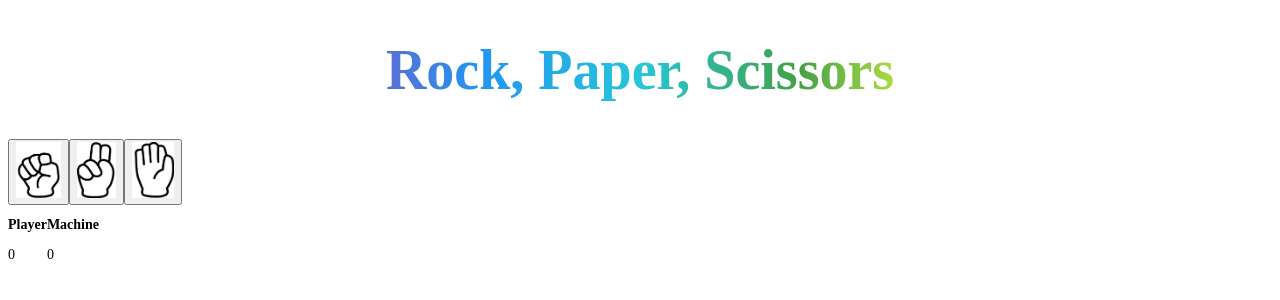
Repository: dung8466/RPS
Page: index.html
These files come from the project's save history. The page is drawn as it stood at one moment and after the next save; the edit follows.
The browser window is 1280 px wide. The pictures show the whole page.

Above is the page before, as saved 2022-07-01 19:22:09.

### index.html
<!DOCTYPE html>
<html lang="en">
<head>
    <meta charset="UTF-8">
    <meta http-equiv="X-UA-Compatible" content="IE=edge">
    <meta name="viewport" content="width=device-width, initial-scale=1.0">
    <title>Fun Game</title>
    <link rel="stylesheet" href="style.css">
    <script src="script.js"></script>
</head>
<body>
    <h1 class="header">
        Rock, Paper, Scissors
    </h1>
    <div class="board flex-box">
        <div class="player flex-box">
            <button class="rock">
                <img src="src/rock.jpg" alt="">
            </button>
            <button class="scissor">
                <img src="src/scissor.jpg" alt="">
            </button>
            <button class="paper">
                <img src="src/paper.jpg" alt="">
            </button>
        </div>
        <div class="machine">
            <img src="" alt="" id="machine-choice">
        </div>
    </div>
    <div class="score flex-box">
        <div class="player-score">
            <h2>Player</h2>
            <p>0</p>
        </div>
        <div class="machine-score">
            <h2>Machine</h2>
            <p>0</p>
        </div>
    </div>
</body>
</html>

### style.css
*{
    font-family: 'Times New Roman', Times, serif;
    font-size: 14px;
}

.flex-box{
    display: flex;
    align-items:
    justify-content: space-evenly;
    align-content: space-between;
}

img{
    max-width: 100%;
    max-height: 100%;
}
.header{
    font-size: 4em;
    font-weight: bold;
    background: linear-gradient(to right, #ef5350, #f48fb1, #7e57c2, #2196f3, #26c6da, #43a047, #eeff41, #f9a825, #ff5722);
    -webkit-background-clip: text;
    -webkit-text-fill-color: transparent;
    text-align: center;
}

.player button img{
    height: 4em;
    width: auto;
    background-color: aliceblue;

}

Loaded but not shown: script.js (no copy from this time; the picture is the same without it)

After the next save:
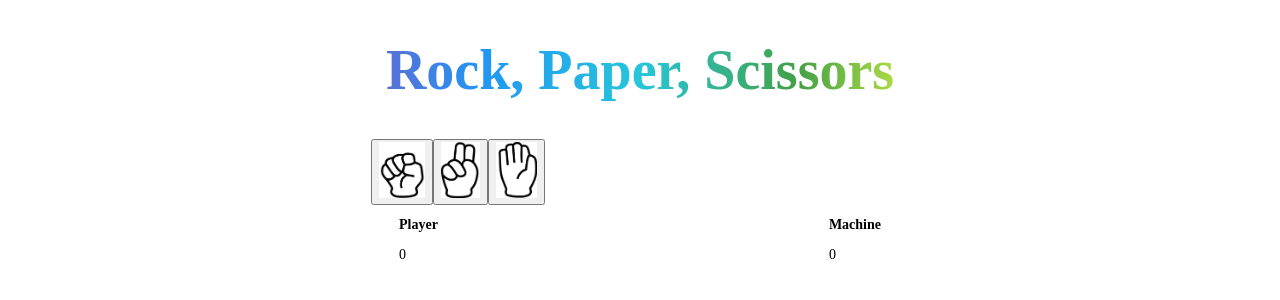
Saved 22 s later.
--- a/style.css
+++ b/style.css
@@ -5,7 +5,7 @@
 
 .flex-box{
     display: flex;
-    align-items:
+    align-items: center;
     justify-content: space-evenly;
     align-content: space-between;
 }
